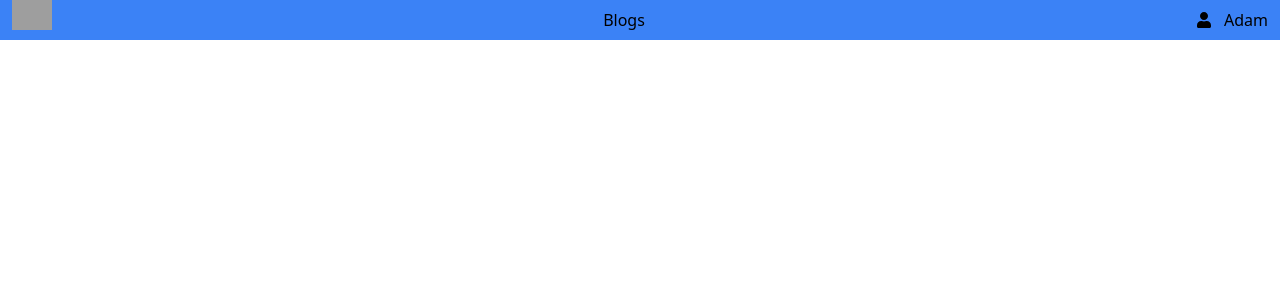
Repository: Lan-au-75/zv-app
Page: /
The author's editor kept a copy of each file at every save. The page is drawn from the files as they stood at one save, then again after the next save.
The browser window is 1280 px wide. The pictures show the whole page.
Pictures or frames that could not be fetched are drawn as grey boxes. The project was rebuilt for these pictures with package versions that can differ from the ones it lists, and the page was loaded fresh each time. Also part of the build but not shown: vite.config.js.

Above is the page before, as saved 2023-12-13 10:48:41.

### src/App.jsx
import { FaUser } from 'react-icons/fa'
export default function App() {
    return (
        <header className='bg-blue-500 h-10'>
            <div className='flex items-center justify-between mx-3 '>
                <div className='w-10 h-10 '>
                    <img
                        src='https://cdn.pixabay.com/photo/2020/07/21/02/07/facebook-5424833_960_720.png'
                        alt='facebook'
                    />
                </div>
                <div>Blogs</div>
                <div className='flex gap-3 items-center'>
                    <FaUser />
                    <div>Adam</div>
                </div>
            </div>
        </header>
    )
}

Loaded but not shown: index.html (common file); src/main.jsx (common file); src/index.css (common file); tailwind.config.js (common file)

After the next save:
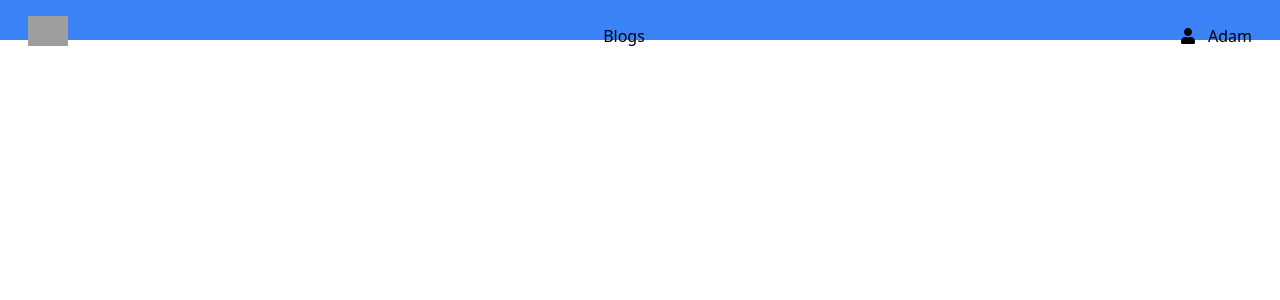
Saved 10 s later.
--- a/src/App.jsx
+++ b/src/App.jsx
@@ -2,7 +2,7 @@
 export default function App() {
     return (
         <header className='bg-blue-500 h-10'>
-            <div className='flex items-center justify-between mx-3 '>
+            <div className='flex items-center justify-between mx-3 p-4'>
                 <div className='w-10 h-10 '>
                     <img
                         src='https://cdn.pixabay.com/photo/2020/07/21/02/07/facebook-5424833_960_720.png'
